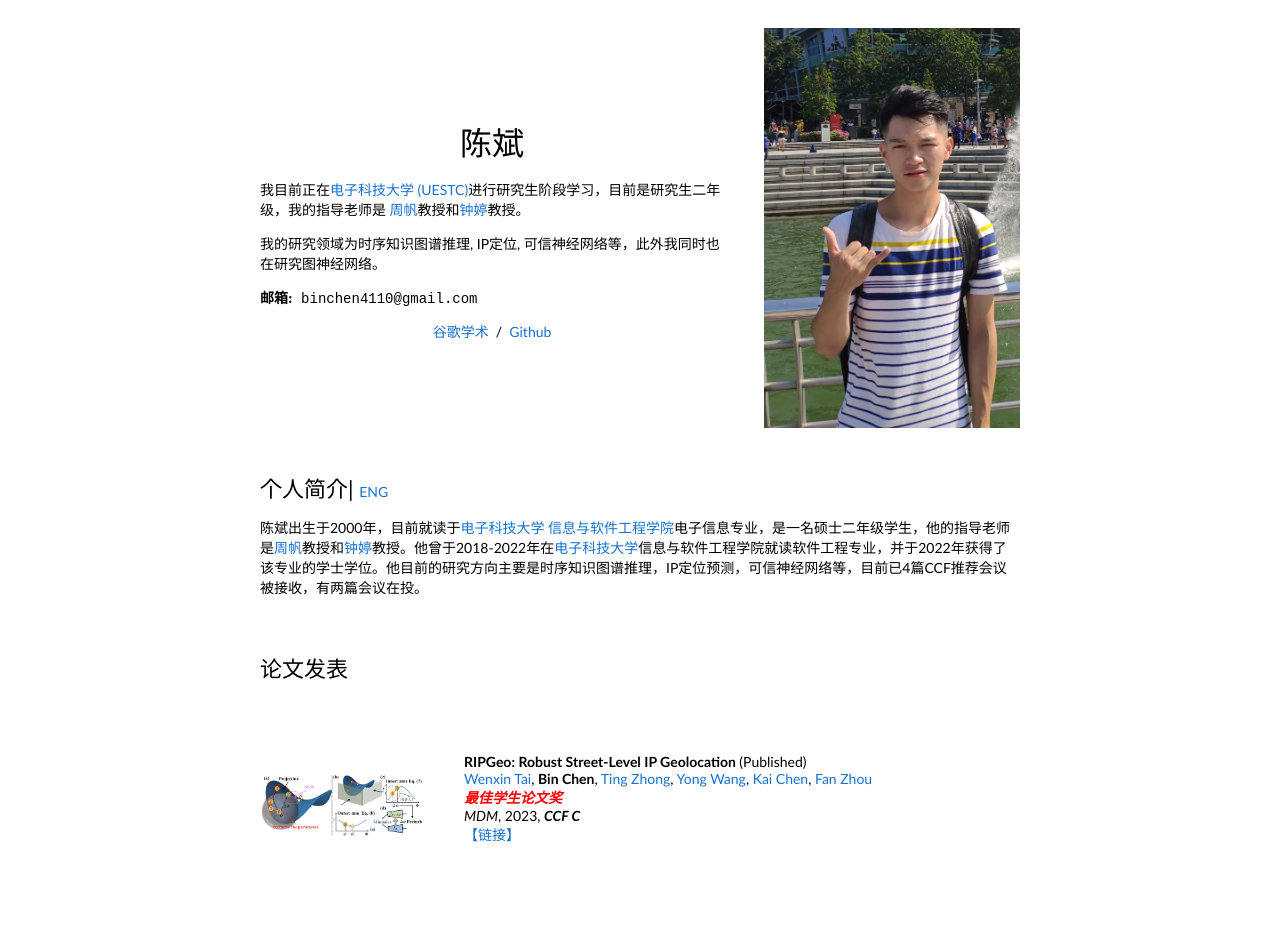
Repository: b1nchen/b1nchen.github.io
Page: index_CHN.html
These files come from the project's save history. The page is drawn as it stood at one moment and after the next save; the edit follows.
The browser window is 1280 px wide. The pictures show the part of the page from y = 0 to 952 px (the page is 2036 px tall).
A picture or video elsewhere on the page could not be fetched, so the positions and the page height are approximate.

Above is the page before, as saved 2023-12-31 10:13:08.

After the next save:
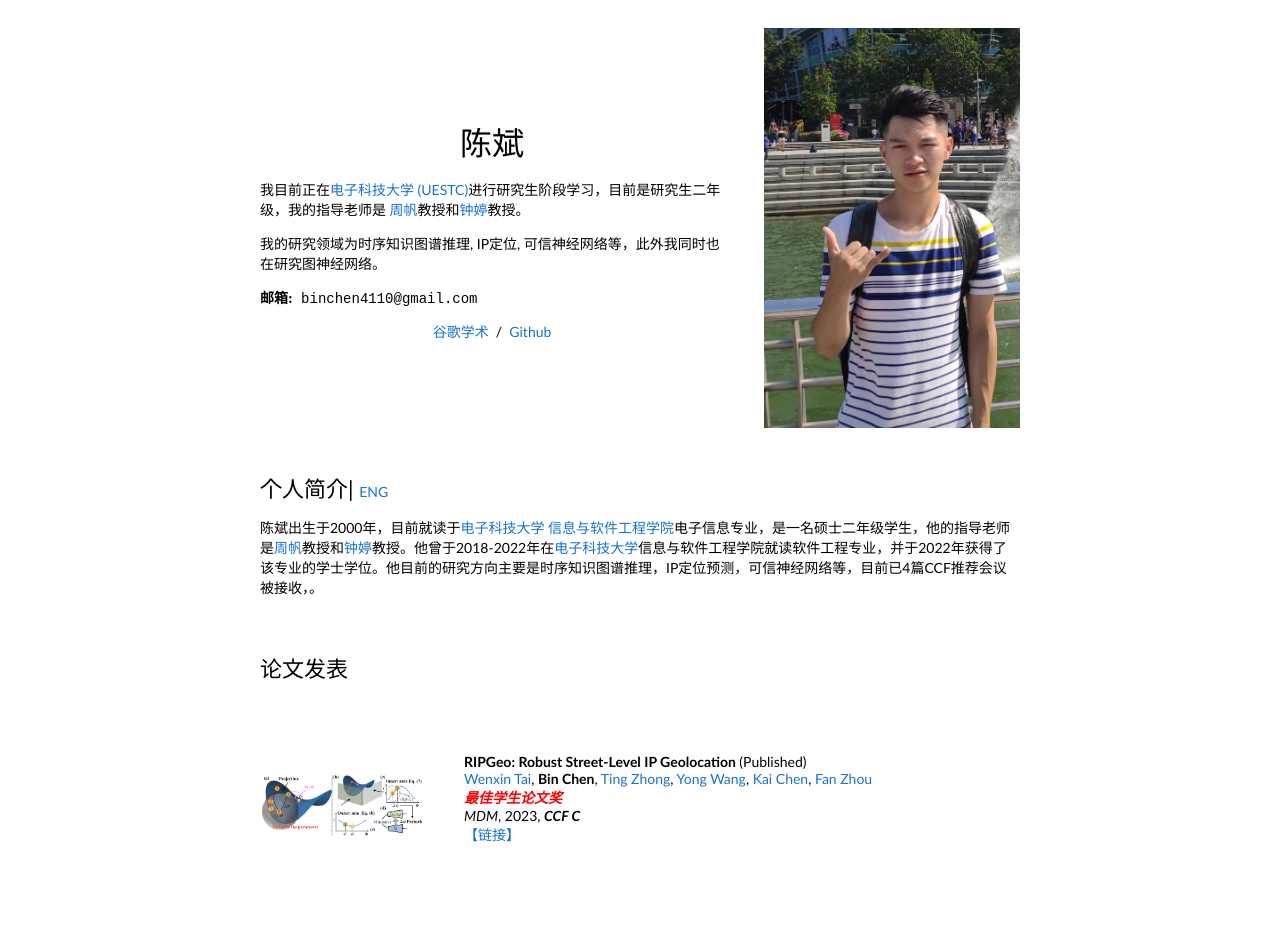
Saved 9 s later.
--- a/index_CHN.html
+++ b/index_CHN.html
@@ -70,7 +70,7 @@
                     href="https://www.uestc.edu.cn/">电子科技大学</a>  <a
                     href="https://www.sise.uestc.edu.cn/">信息与软件工程学院</a>电子信息专业，是一名硕士二年级学生，他的指导老师是<a
                       href="https://scholar.google.com/citations?user=Ihj2Rw8AAAAJ">周帆</a>教授和<a
-                      href="https://scholar.google.com/citations?user=Mdr0XDkAAAAJ">钟婷</a>教授。他曾于2018-2022年在<a href="https://www.uestc.edu.cn/">电子科技大学</a>信息与软件工程学院就读软件工程专业，并于2022年获得了该专业的学士学位。他目前的研究方向主要是时序知识图谱推理，IP定位预测，可信神经网络等，目前已4篇CCF推荐会议被接收，有两篇会议在投。<br>
+                      href="https://scholar.google.com/citations?user=Mdr0XDkAAAAJ">钟婷</a>教授。他曾于2018-2022年在<a href="https://www.uestc.edu.cn/">电子科技大学</a>信息与软件工程学院就读软件工程专业，并于2022年获得了该专业的学士学位。他目前的研究方向主要是时序知识图谱推理，IP定位预测，可信神经网络等，目前已4篇CCF推荐会议被接收，。<br>
 
                   </p>
                 </td>
